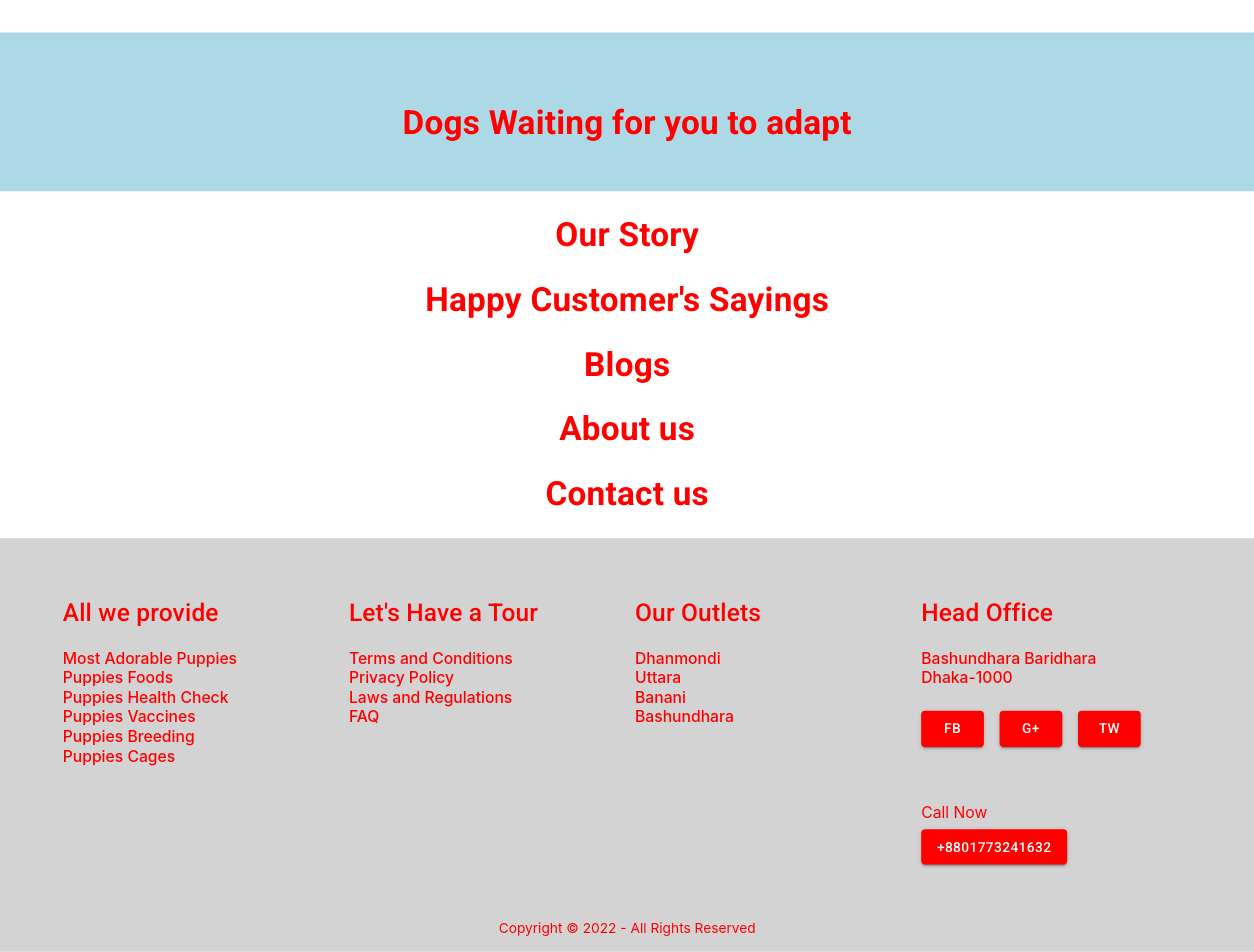
Repository: Sharif-00112/dogos-paradise-client
Page: /
The author's editor kept a copy of each file at every save. The page is drawn from the files as they stood at one save, then again after a run of saves.
The browser window is 1280 px wide. The pictures show the part of the page from y = 1041 to 2012 px (the page is 2012 px tall before and 1972 px after), at 98% of full size.
The page's requests for data from a server got no answer. The project was rebuilt for these pictures with package versions that can differ from the ones it lists, and the page was loaded fresh each time. Some packages were replaced by stand-ins written for this rebuild. No one was signed in, and anything a server would have sent is missing. Also part of the build but not shown: src/Pages/Home/Dog/Dog.js, src/Pages/Login/Login/Login.js, src/Pages/Login/Register/Register.js, src/Pages/NotFound/NotFound.js.

Above is the page before, as saved 2022-12-02 15:54:08.

After the next 2 saves:
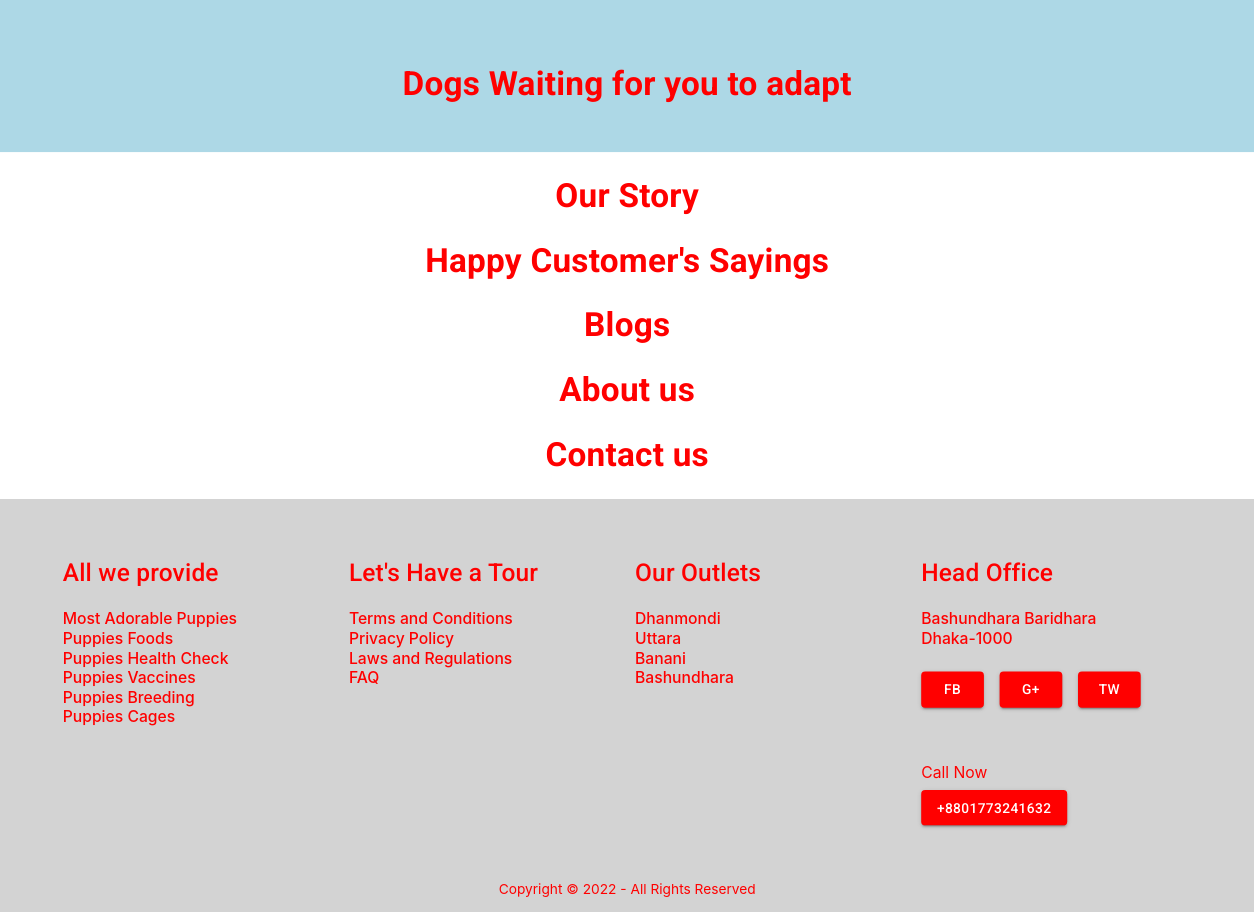
The 2 saves are shown as one change because they came seconds apart.
The last was saved 18 s later.
--- a/src/Pages/Home/Banner/Banner.js
+++ b/src/Pages/Home/Banner/Banner.js
@@ -8,7 +8,7 @@ const Banner = () => {
                 Head Banner
             </Typography> */}
             <img style={{ width: '100%'}} src="https://i.ibb.co/Mnn0NX3/dog-cover-1.jpg" alt="dog-human playing" />
-            <Typography sx={{ mt: -25, mb:13, color: 'red', fontWeight: 700 }} variant="h4" component="div">
+            <Typography sx={{ mt: -25, mb:8, color: 'red', fontWeight: 700 }} variant="h4" component="div">
                 Dogs are not only pets;
                 <br /> <br />
                 They are "L O V E"
